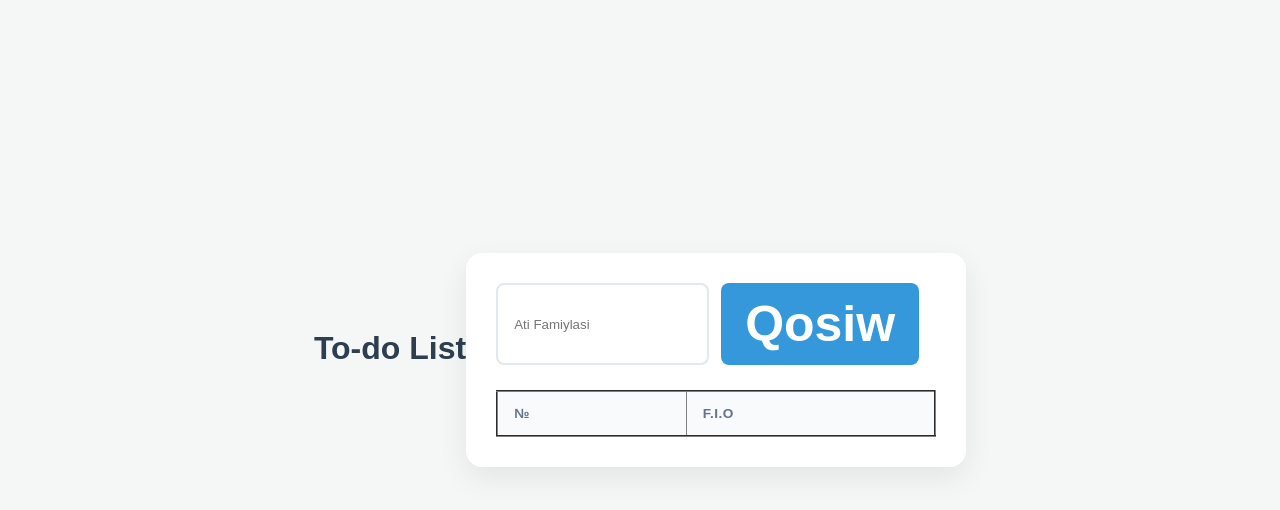
Repository: atamuratov777/my-to-do-list
Page: index.html
The author's editor kept a copy of each file at every save. The page is drawn from the files as they stood at one save, then again after a run of saves.
The browser window is 1280 px wide. The pictures show the whole page.

Above is the page before, as saved 2026-06-18 14:14:47.

### index.html
<!DOCTYPE html>
<html lang="en">
<head>
    <meta charset="UTF-8">
    <meta name="viewport" content="width=device-width, initial-scale=1.0">
    <title>Document</title>
    <link rel="stylesheet" href="./style.css">
</head>
<body>
    <h1>To-do List</h1>
    <div class="card">
    <div class="textName">
        <input type="text" placeholder="Ati Famiylasi" onchange="namech(event)">
        <button>Qosiw</button>
    </div>
    <table border="2">
        <thead>
            <th>№</th>
            <th>F.I.O</th>
        </thead>
        <tbody id="tbody">
        </tbody>
    </table>

    <script src="./script.js"></script>
</body>
</html>

### style.css

* {
    margin: 0;
    padding: 0;
    box-sizing: border-box;
    font-family: sans-serif;
}

body {
    background-color: #f4f7f6;
    color: #333;
    display: flex;

    align-items: center;
    justify-content: center;
    height: 100vh;
    padding: 20px;
}

h1 {
    display: flex;
    align-items: center;
    justify-content: center;
    margin-bottom: 24px;
    color: #2c3e50;

    font-weight: 600;
}


.card {
    background: #ffffff;
    padding: 30px;
    border-radius: 16px;
    box-shadow: 0 10px 30px rgba(0, 0, 0, 0.08);
    width: 100%;
    max-width: 500px;
}

/* Форма ввода */
.textName {
    display: flex;
    gap: 12px;
    margin-bottom: 25px;
}

input {

    padding: 12px 16px;
    border: 2px solid #e2e8f0;
    border-radius: 8px;


}


button {
    padding: 12px 24px;
    background-color: #3498db;
    color: white;
    border: none;
    border-radius: 8px;
    font-size: 50PX;
    font-weight: 600;
    cursor: pointer;

}

button:hover {
    background-color: #2980b9;
}

button:active {
    transform: scale(0.98);
}

/* Таблица */
table {
    width: 100%;
    border-collapse: collapse;
    margin-top: 10px;
    text-align: left;
}

th, td {
    padding: 14px 16px;
    border-bottom: 1px solid #edf2f7;
}

thead th {
    background-color: #f8fafc;
    color: #64748b;
    font-size: 0.85rem;
    text-transform: uppercase;
    letter-spacing: 0.5px;
    font-weight: 600;
}

tbody tr:hover {
    background-color: #f8fafc;
}

/* Стили для иконки удаления */
.trash {
    cursor: pointer;
    text-align: center;
    font-size: 1.1rem;
    transition: transform 0.3s ease, color 0.2s;
    user-select: none;
}

.trash:hover {
    transform: scale(1.2);
    color: #e74c3c;
}

### script.js
let person=[]
const tbody=document.getElementById("tbody")

function namech(event){
    tbody.innerHTML=""
    person.push({
        id:12,
        name:event.target.value
    })
    person.forEach((person,index)=>{
        tbody.innerHTML+=`<tr>
        <th>${index+1}</th>
        <th>${person.name}<th>
        <th onClick={clicktrash(${index+1})} class="trash">🗑</th>
        </tr>`
    })
}

console.log("Usi ekran")

function clicktrash(basil) {
    tbody.innerHTML=""
    person.splice(basil-1,1)
    console.log(person)
    person.forEach((person,index)=>{
        tbody.innerHTML+=`<tr>
        <th>${index+1}</th>
        <th>${person.name}<th>
        <th onClick={clicktrash(${index+1})} class="trash">🗑</th>
        </tr>`
    })
}

After the next 2 saves:
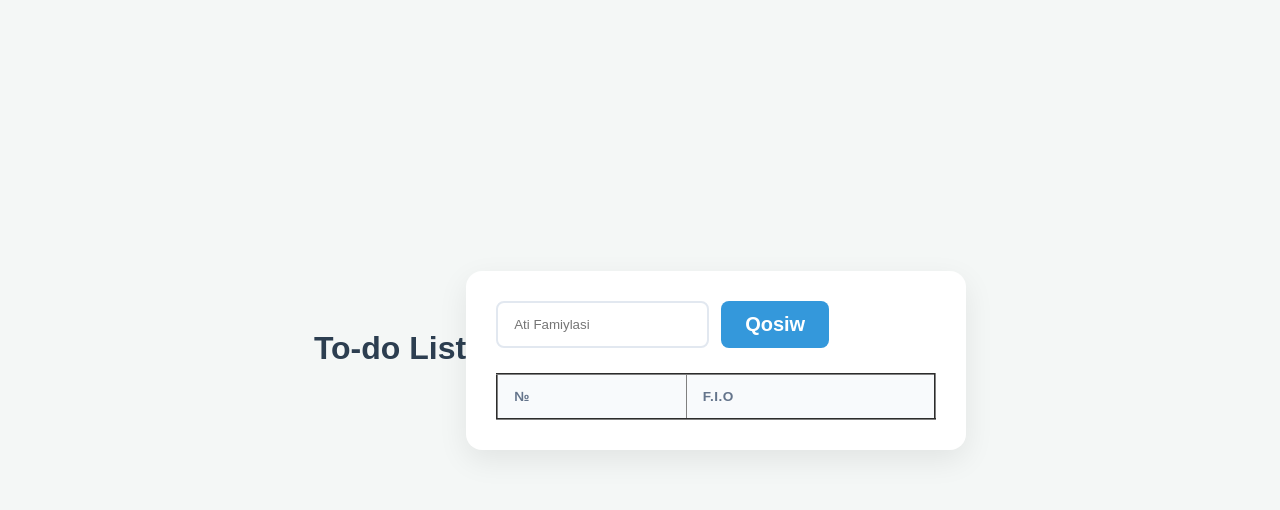
The 2 saves are shown as one change because they came seconds apart.
The last was saved 8 s later.
--- a/style.css
+++ b/style.css
@@ -60,7 +60,7 @@ button {
     color: white;
     border: none;
     border-radius: 8px;
-    font-size: 50PX;
+    font-size:  20PX;
     font-weight: 600;
     cursor: pointer;
 
